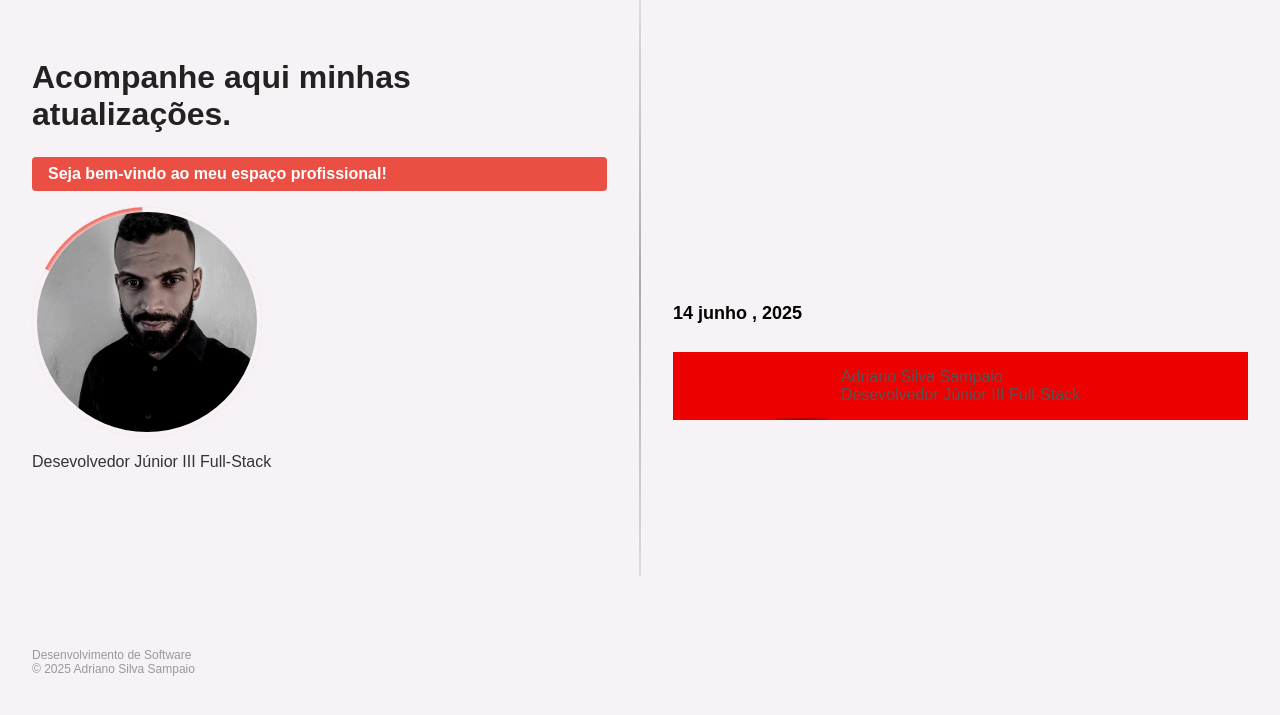
Repository: umdevadriano/portifolio2025
Page: /
The author's editor kept a copy of each file at every save. The page is drawn from the files as they stood at one save, then again after the next save.
The browser window is 1280 px wide. The pictures show the whole page.
The project was rebuilt for these pictures with package versions that can differ from the ones it lists, and the page was loaded fresh each time. Also part of the build but not shown: vite.config.ts.

Above is the page before, as saved 2025-06-19 17:30:43.

### index.html
<!doctype html>
<html lang="en">
  <head>
    <meta charset="UTF-8" />
    <!-- <link rel="icon" type="image/svg+xml" href="/vite.svg" /> -->
    <meta name="viewport" content="width=device-width, initial-scale=1.0" />
    <title>Adriano Silva Sampaio </title>
  </head>
  <body>
    <div id="root"></div>
    <script type="module" src="/src/main.tsx"></script>
  </body>
</html>

### src/App.tsx
import './App.css'
import ContainerPrincipal from './componentes/containerPrincipal/ContainerPrincipal'
function App() {
  return (
    <>
      <ContainerPrincipal/>
    </>
  )
}

export default App

### src/componentes/containerPrincipal/ContainerPrincipal.tsx
import styled, { createGlobalStyle } from 'styled-components';
import Cabecalho from '../Body/Body';
function ContainerPrincipal() {
  const GlobalStyle = createGlobalStyle`
    *, *::before, *::after {
    box-sizing: border-box;
  }

    html, body {
      margin: 0;
      padding: 0;
      overflow-x: hidden;
      width: 100%;
    }
  `;

  const Principal = styled.div`
    display: flex;
    justify-content: center;
    width: 100%;
    height: 100vh;
    background-color: #f7f2f6;
    box-shadow: 0 4px 12px rgba(0, 0, 0, 0.1);
    font-family: 'Arial', sans-serif;
    overflow: hidden;
    margin: 0;
    padding: 0;
  `;
  return (
    <>
      <GlobalStyle />
      <Principal>
        <Cabecalho/>
      </Principal>
    </>
  )
}
export default ContainerPrincipal

### src/componentes/Body/Body.tsx
import Principal from '../Principal/Principal';
import Title from '../Title/Title';
import Banner from '../Banner/Banner';
import ProfileWrapper from '../ProfileWrapper/ProfileWrapper';
import SpinnerBorder from '../SpinnerBorder/SpinnerBorder';
import Profile from '../Profile/Profile';
import Role from '../Role/Role';
import Footer from '../Footer/Footer';
import Divider from '../Divider/Divider';
import RightSide from '../RightSide/RightSide';
import DateComponente from '../DateComponente/DateComponente';
import Description from '../Description/Description';
const data = new Date();
const dia = String(data.getDate()).padStart(2, '0');
const mes = data.toLocaleString('pt-BR', { month: 'long' });
const ano = data.getFullYear();

function Cabecalho() {
  return (
    <>
      <Principal>
        <Title>Acompanhe aqui minhas atualizações.</Title>
        <Banner>Seja bem-vindo ao meu espaço profissional!</Banner>
        <ProfileWrapper>
          <SpinnerBorder/>
          <Profile/>
        </ProfileWrapper>
        <Role> Desevolvedor Júnior III Full-Stack </Role>
        <Footer>Desenvolvimento de Software<br />© {ano} Adriano Silva Sampaio</Footer>
      </Principal>
      <Divider />
      <RightSide>
        <DateComponente>{dia}  {mes} , {ano} </DateComponente>
        <Description>
          Adriano Silva Sampaio<br />
          Desevolvedor Júnior III Full-Stack
        </Description>
      </RightSide>
    </>
  )
}
export default Cabecalho

### src/componentes/Principal/Principal.tsx
import styled from 'styled-components';

type Props = {
  children: React.ReactNode;
};

function Principal({ children }: Props){

    const Principal_div = styled.div`
        flex: 1;
        padding: 32px;
        display: flex;
        flex-direction: column;
        justify-content: center;
    `;
    return (
        <>
        <Principal_div>  {children}</Principal_div>
        </>
    )
}

export default Principal

### src/componentes/Title/Title.tsx
import styled from 'styled-components';

type Props = {
  children: React.ReactNode;
};

function Title({ children }: Props){

    const TitleH2 = styled.h2`
        font-size: 32px;
        margin-bottom: 24px;
        color: #222;
  `;
    return (
        <>
        <TitleH2>{children}</TitleH2>
        </>
    )
}

export default Title

### src/componentes/Banner/Banner.tsx
import styled from 'styled-components';

type Props = {
  children: React.ReactNode;
};

function Banner({ children }: Props){

    const BannerDiv = styled.div`
        background-color: #eb4f44;
        color: white;
        padding: 8px 16px;
        font-weight: bold;
        font-size: 16px;
        display: inline-block;
        border-radius: 4px;
    `;
    return (
        <>
        <BannerDiv>{children}</BannerDiv>
        </>
    )
}

export default Banner

### src/componentes/ProfileWrapper/ProfileWrapper.tsx
import styled from 'styled-components';

type Props = {
  children: React.ReactNode;
};

function ProfileWrapper({ children }: Props){

  // Wrapper da imagem com efeito de borda girando
  const ProfileWrapperDiv = styled.div`
    position: relative;
    width: 230px;
    height: 230px;
    display: flex;
    align-items: center;
    margin-top:1rem;
    justify-content: center;
  `;

    return (
        <>
        <ProfileWrapperDiv>{children}</ProfileWrapperDiv>
        </>
    )
}

export default ProfileWrapper

### src/componentes/SpinnerBorder/SpinnerBorder.tsx
import styled, { keyframes } from 'styled-components';

function SpinnerBorder(){
    const rotate = keyframes`
        0% {
            transform: rotate(0deg);
        }
        100% {
            transform: rotate(360deg);
        }
    `;

    // Wrapper da imagem com efeito de borda girando
    const SpinnerBorderDiv = styled.div`
        position: absolute;
        width: 230px;
        height: 230px;
        border-radius: 50%;
        animation: ${rotate} 3s linear infinite;
        pointer-events: none;

        background: conic-gradient(
        #eb4f44 0deg 60deg,
        transparent 60deg 360deg
        );

        mask: radial-gradient(transparent 108px, #000 115px);
        -webkit-mask: radial-gradient(transparent 108px, #000 115px);

        box-shadow: 0 0 6px rgba(235, 79, 68, 0.5);
    `;
    return (
        <>
        <SpinnerBorderDiv></SpinnerBorderDiv>
        </>
    )
}

export default SpinnerBorder

### src/componentes/Profile/Profile.tsx
import styled from 'styled-components';
import foto from '../assets/foto2.png'

function Profile(){

    const ProfileImg = styled.img`
        width: 220px;
        height: 220px;
        border-radius: 50%;
        object-fit: cover;
        background-color: white;
        z-index: 1;
        filter: grayscale(60%) contrast(110%);
    `;

    return (
        <>
        <ProfileImg src={foto} alt="Foto de perfil"></ProfileImg>
        </>
    )
}

export default Profile

### src/componentes/Role/Role.tsx
import styled from 'styled-components';

type Props = {
  children: React.ReactNode;
};

function Role({ children }: Props){
    const RoleP = styled.p`
        font-size: 16px;
        font-weight: 500;
        color: #333;
    `;
    return (
        <>
        <RoleP>{children}</RoleP>
        </>
    )
}
export default Role

### src/componentes/Footer/Footer.tsx
import styled from 'styled-components';

type Props = {
  children: React.ReactNode;
};

function Footer({ children }: Props){

    const FooterP = styled.p`
        font-size: 12px;
        color: #999;
        margin-top: auto;
    `;
    return (
        <>
        <FooterP>{children}</FooterP>
        </>
    )
}

export default Footer

### src/componentes/Divider/Divider.tsx
import styled from 'styled-components';

function Divider(){

    const DividerDiv = styled.div`
        width: 2px;
        height: 80%;
        background: linear-gradient(
            to bottom,
            rgba(0, 0, 0, 0.1),
            rgba(0, 0, 0, 0.3),
            rgba(0, 0, 0, 0.1)
        );
        border-radius: 1px;
        position: relative;
        overflow: hidden;
        &::after {
            content: "";
            position: absolute;
            top: 0;
            left: 0;
            width: 100%;
            height: 100%;
            background: linear-gradient(
                to bottom,
                transparent 40%,
                rgba(255, 255, 255, 0.7) 50%,
                transparent 60%
            );
                animation: shine 3.8s linear infinite;
                pointer-events: none;
         }

        @keyframes shine {
            0% {
            transform: translateY(-100%);
            }
            100% {
            transform: translateY(100%);
            }
        }
    `;
    return (
        <>
        <DividerDiv></DividerDiv>
        </>
    )
}

export default Divider

### src/componentes/RightSide/RightSide.tsx
import styled from 'styled-components';
type Props = {
  children: React.ReactNode;
};

function RightSide({ children }: Props){
    const RightSideDiv = styled.div`
        flex: 1;
        padding: 32px;
        display: flex;
        flex-direction: column;
        justify-content: center;
    `;

    return (
        <>
        <RightSideDiv>{children}</RightSideDiv>
        </>
    )
}

export default RightSide

### src/componentes/DateComponente/DateComponente.tsx
import styled from 'styled-components';
type Props = {
  children: React.ReactNode;
};
function Date({ children }: Props){
    const DateP = styled.p`
        font-size: 18px;
        font-weight: bold;
        margin-bottom: 12px;
    `;
    return (
        <>
        <DateP>{children}</DateP>
        </>
    )
}
export default Date

### src/componentes/Description/Description.tsx
import styled from 'styled-components';
type Props = {
  children: React.ReactNode;
};
function Description({ children }: Props){
const DescriptionP = styled.p`
  font-size: 16px;
  color: #555;
  position: relative;
  background-color: #ed0000;
  display: flex;
  padding: 1rem;
  justify-content: center;
  align-items: center;

  &::after {
    content: "";
    position: absolute;
    left: 0;
    bottom: 0;
    width: 100%;
    height: 2px;
    border-radius: 1px;
    overflow: hidden;
  }

  &::before {
    content: "";
    position: absolute;
    left: 0;
    bottom: 0;
    width: 9%;
    height: 2px;
       background: linear-gradient(
      to right,
      rgba(0, 0, 0, 0.1),
      rgba(0, 0, 0, 0.3),
      rgba(0, 0, 0, 0.1)
    );
    animation: shine 5.5s linear infinite alternate;
    border-radius: 1px;
    pointer-events: none;
  }

  @keyframes shine {
    0% {
      transform: translateX(-10%);
    }
    100% {
      transform: translateX(200%);
    }
  }
`;
    return (
        <>
        <DescriptionP>{children}</DescriptionP>
        </>
    )
}
export default Description

Loaded but not shown: src/main.tsx (common file); src/App.css (no stored copy; drawn as an empty file); src/index.css (no stored copy; drawn as an empty file)

After the next save:
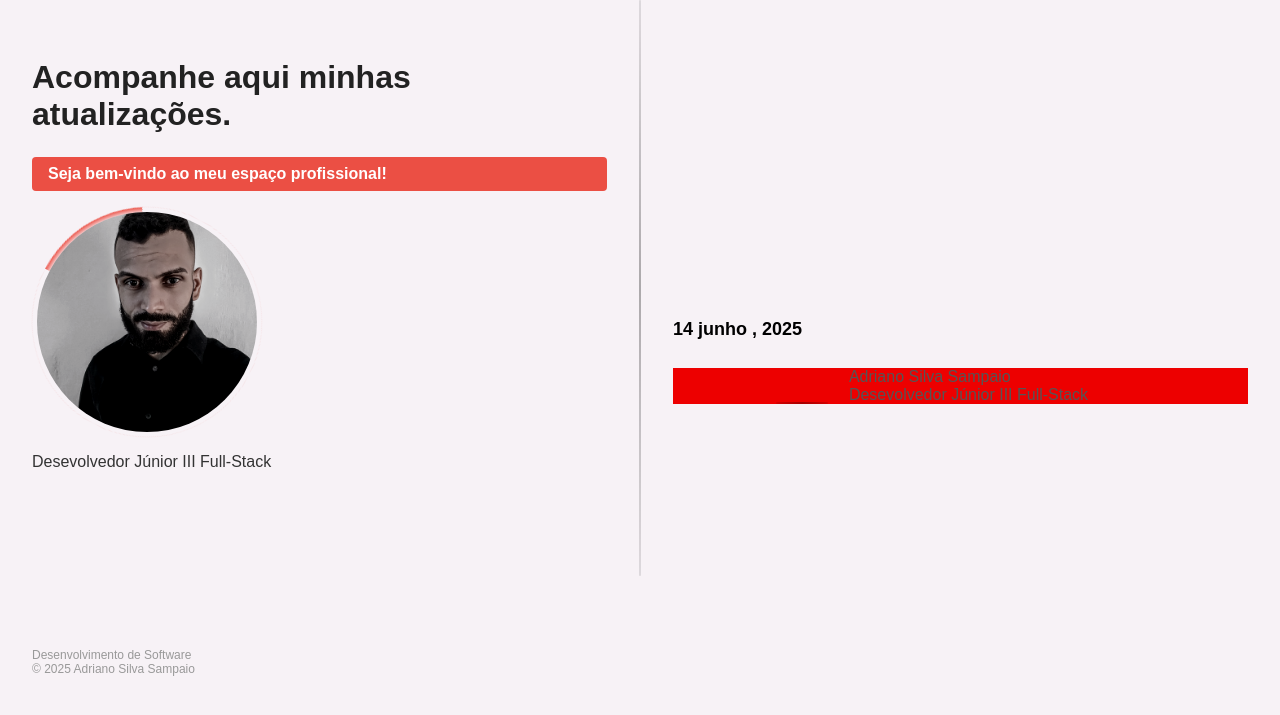
Saved 24 s later.
--- a/src/componentes/Description/Description.tsx
+++ b/src/componentes/Description/Description.tsx
@@ -9,7 +9,7 @@ const DescriptionP = styled.p`
   position: relative;
   background-color: #ed0000;
   display: flex;
-  padding: 1rem;
+  padding-left: 1rem;
   justify-content: center;
   align-items: center;
 
